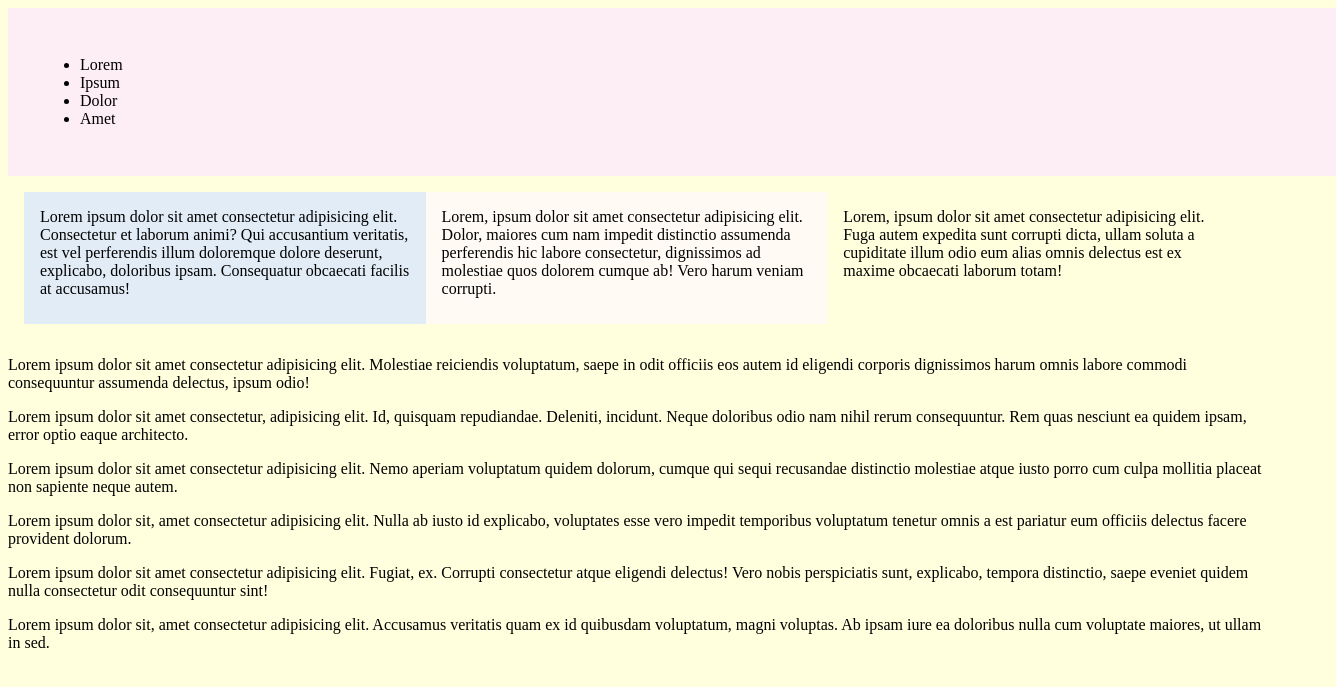
Repository: HTML-a-CSS-2/projekt-portfolio-Angelina555555
Page: .github/index.html
The author's editor kept a copy of each file at every save. The page is drawn from the files as they stood at one save, then again after the next save.
The browser window is 1280 px wide. The page is 1336 px wide, so the pictures cover 1336 px, including what lies to the right of the window. The pictures show the whole page.

Above is the page before, as saved 2022-05-07 22:50:08.

After the next save:
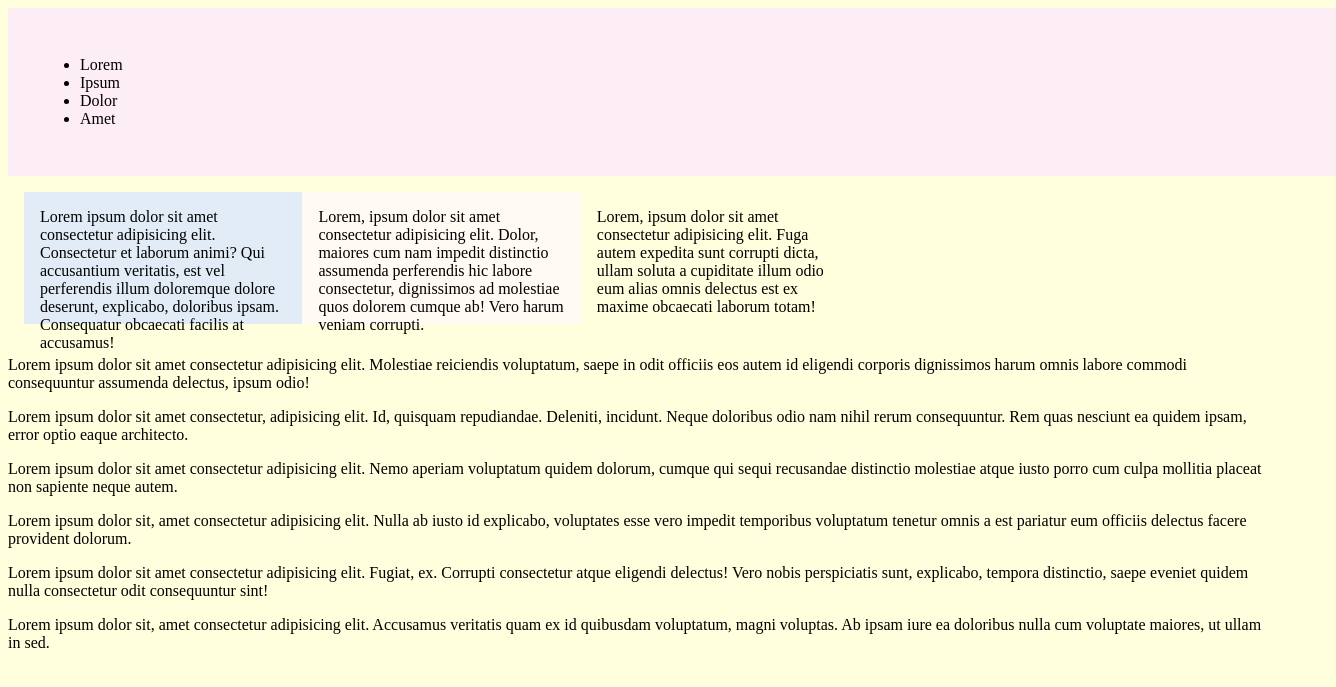
Saved 26 s later.
--- a/.github/default.css
+++ b/.github/default.css
@@ -18,8 +18,8 @@
 .article__element-dva,
 .article__element-tri {
   padding: 1rem 1rem;
-
-  width: 30%;
+  margin: ;
+  width: 20%;
   height: 100px;
 }
 

After the save that followed:
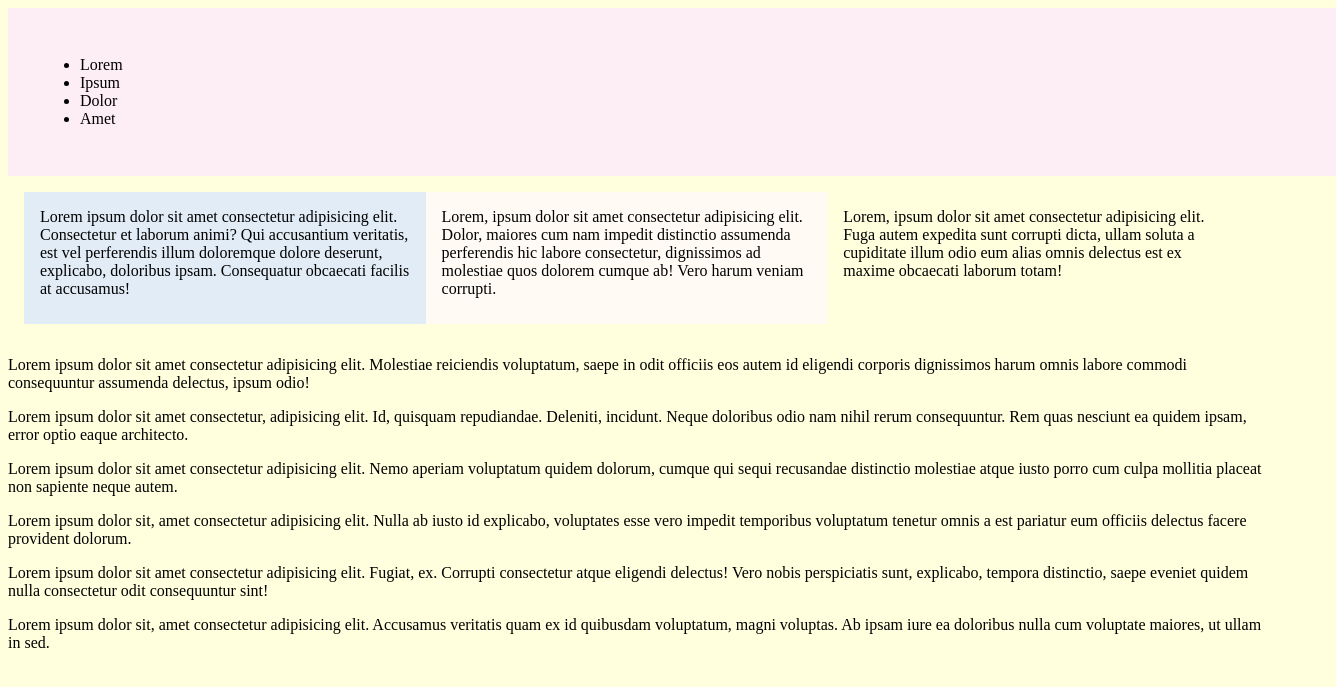
Saved 5 s later.
--- a/.github/default.css
+++ b/.github/default.css
@@ -19,7 +19,7 @@
 .article__element-tri {
   padding: 1rem 1rem;
   margin: ;
-  width: 20%;
+  width: 30%;
   height: 100px;
 }
 
